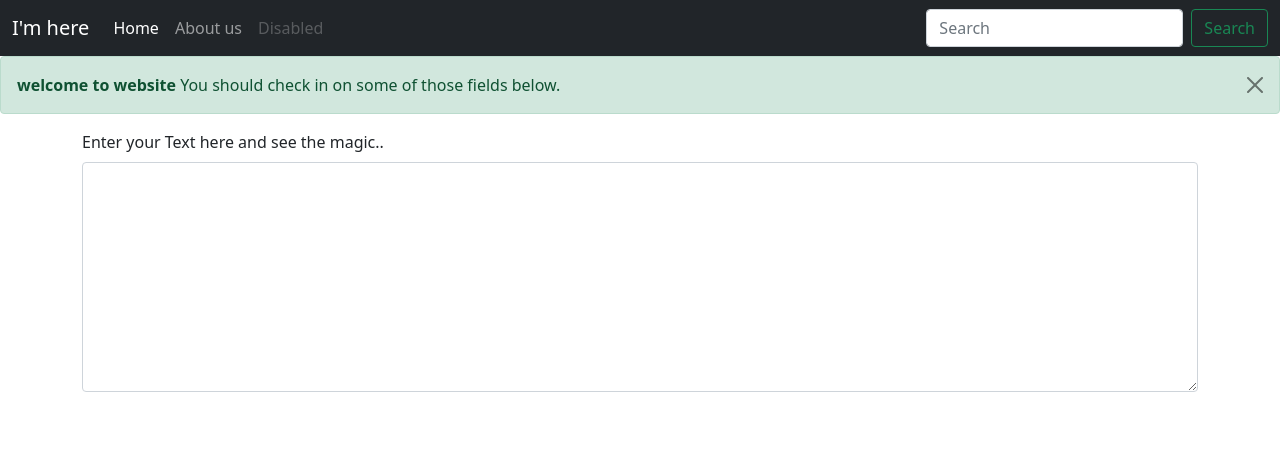
Repository: ritikalohia/Django-beginners-
Page: textutiles/templates/index.html
An editor plug-in stored every save of this project. The page is shown before and after the next save, followed by the edit.
The browser window is 1280 px wide. The pictures show the whole page.

Above is the page before, as saved 2021-05-22 19:38:42.

### textutiles/templates/index.html
<!doctype html>
<html lang="en">
  <head>
    <!-- Required meta tags -->
    <meta charset="utf-8">
    <meta name="viewport" content="width=device-width, initial-scale=1">

    <!-- Bootstrap CSS -->
    <link href="https://cdn.jsdelivr.net/npm/bootstrap@5.0.1/dist/css/bootstrap.min.css" rel="stylesheet" integrity="sha384-+0n0xVW2eSR5OomGNYDnhzAbDsOXxcvSN1TPprVMTNDbiYZCxYbOOl7+AMvyTG2x" crossorigin="anonymous">

    <title>i'mhere</title>
    </head>
    <body>
    <nav class="navbar navbar-expand-lg navbar-dark bg-dark">
    <div class="container-fluid">
    <button class="navbar-toggler" type="button" data-bs-toggle="collapse" data-bs-target="#navbarTogglerDemo01" aria-controls="navbarTogglerDemo01" aria-expanded="false" aria-label="Toggle navigation">
      <span class="navbar-toggler-icon"></span>
    </button>
    <div class="collapse navbar-collapse" id="navbarTogglerDemo01">
      <a class="navbar-brand" href="#">I'm here</a>
      <ul class="navbar-nav me-auto mb-2 mb-lg-0">
        <li class="nav-item">
          <a class="nav-link active" aria-current="page" href="#">Home</a>
        </li>
        <li class="nav-item">
          <a class="nav-link" href="#">About us</a>
        </li>
        <li class="nav-item">
          <a class="nav-link disabled" href="#" tabindex="-1" aria-disabled="true">Disabled</a>
        </li>
      </ul>
      <form class="d-flex">
        <input class="form-control me-2" type="search" placeholder="Search" aria-label="Search">
        <button class="btn btn-outline-success" type="submit">Search</button>
      </form>
    </div>
    </div>
    </nav>

    <div class="alert alert-success alert-dismissible fade show" role="alert">
        <strong>welcome to website</strong> You should check in on some of those fields below.
        <button type="button" class="btn-close" data-bs-dismiss="alert" aria-label="Close"></button>
    </div>

    <div class="container">

        <div class="mb-3">
        <label for="exampleFormControlTextarea1" class="form-label">Enter your Text here and see the magic..</label>
        <textarea class="form-control" id="exampleFormControlTextarea1" rows="9"></textarea>
        </div>
    </div>

    <!-- Optional JavaScript; choose one of the two! -->

    <!-- Option 1: Bootstrap Bundle with Popper -->
    <script src="https://cdn.jsdelivr.net/npm/bootstrap@5.0.1/dist/js/bootstrap.bundle.min.js" integrity="sha384-gtEjrD/SeCtmISkJkNUaaKMoLD0//ElJ19smozuHV6z3Iehds+3Ulb9Bn9Plx0x4" crossorigin="anonymous"></script>

    <!-- Option 2: Separate Popper and Bootstrap JS -->
    <!--
    <script src="https://cdn.jsdelivr.net/npm/@popperjs/core@2.9.2/dist/umd/popper.min.js" integrity="sha384-IQsoLXl5PILFhosVNubq5LC7Qb9DXgDA9i+tQ8Zj3iwWAwPtgFTxbJ8NT4GN1R8p" crossorigin="anonymous"></script>
    <script src="https://cdn.jsdelivr.net/npm/bootstrap@5.0.1/dist/js/bootstrap.min.js" integrity="sha384-Atwg2Pkwv9vp0ygtn1JAojH0nYbwNJLPhwyoVbhoPwBhjQPR5VtM2+xf0Uwh9KtT" crossorigin="anonymous"></script>
    -->
  </body>
</html>

After the next save:
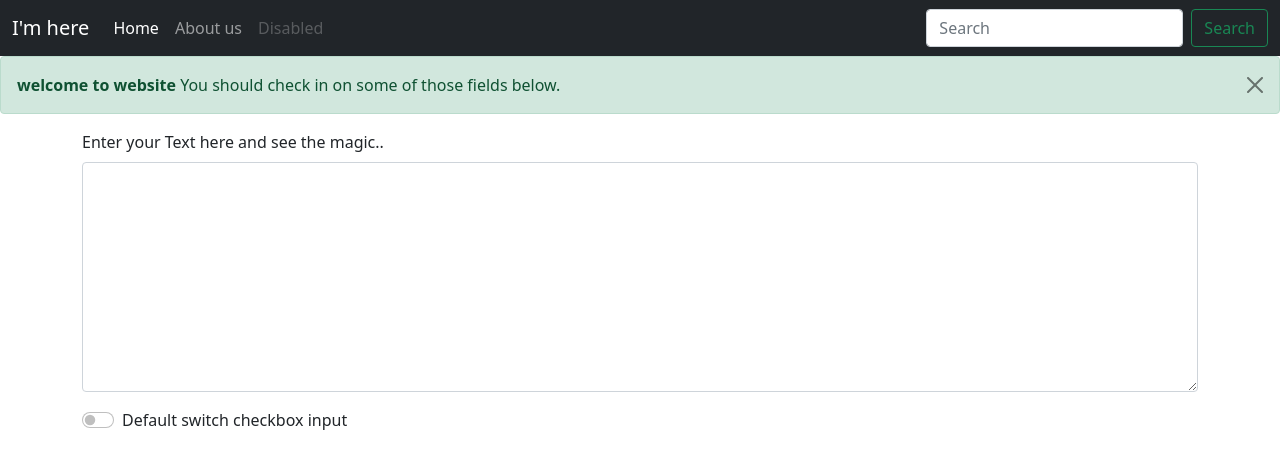
Saved 5 min 34 s later.
--- a/textutiles/templates/index.html
+++ b/textutiles/templates/index.html
@@ -48,6 +48,10 @@
         <label for="exampleFormControlTextarea1" class="form-label">Enter your Text here and see the magic..</label>
         <textarea class="form-control" id="exampleFormControlTextarea1" rows="9"></textarea>
         </div>
+        <div class="form-check form-switch">
+  <input class="form-check-input" type="checkbox" id="flexSwitchCheckDefault">
+  <label class="form-check-label" for="flexSwitchCheckDefault">Default switch checkbox input</label>
+</div>
     </div>
 
     <!-- Optional JavaScript; choose one of the two! -->
